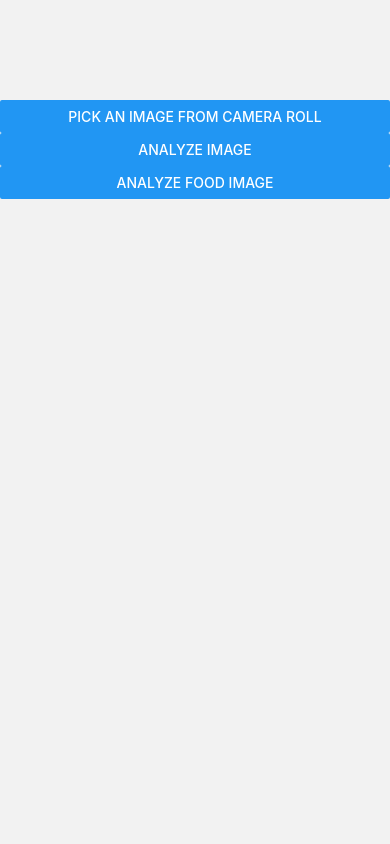
Repository: djdjdallas/taste-without-borders
Screen: /Home
An editor plug-in stored every save of this project. The screen is shown before and after the next save, followed by the edit.
The app was drawn by React Native's web renderer in a window 390 px wide. The project was rebuilt for these pictures with package versions that can differ from the ones it lists, and the page was loaded fresh each time.

Above is the screen before, as saved 2023-12-26 19:57:20.

### App.js
import React from "react";
import { NavigationContainer } from "@react-navigation/native";
import { createNativeStackNavigator } from "@react-navigation/native-stack";
import HomeScreen from "./HomeScreen"; // Make sure the path is correct
import StartScreen from "./StartScreen";

const Stack = createNativeStackNavigator();

const App = () => {
  return (
    <NavigationContainer>
      <Stack.Navigator>
        <Stack.Screen name="Start" component={StartScreen} />
        <Stack.Screen name="Home" component={HomeScreen} />
        {/* You can add more screens to your navigator here */}
      </Stack.Navigator>
    </NavigationContainer>
  );
};

export default App;

### HomeScreen.js
import React, { useLayoutEffect, useState } from "react";
import { StyleSheet, View, Button, Image, Alert, Text } from "react-native";
import * as ImagePicker from "expo-image-picker";
import { useNavigation } from "@react-navigation/native";

const HomeScreen = () => {
  const navigation = useNavigation();
  const [selectedImage, setSelectedImage] = useState(null);
  const [responseText, setResponseText] = useState("");

  const pickImage = async () => {
    const { status } = await ImagePicker.requestMediaLibraryPermissionsAsync();
    if (status !== "granted") {
      Alert.alert(
        "Permissions required",
        "Sorry, we need camera roll permissions to make this work!"
      );
      return;
    }

    let result = await ImagePicker.launchImageLibraryAsync({
      mediaTypes: ImagePicker.MediaTypeOptions.Images,
      allowsEditing: true,
      aspect: [4, 3],
      quality: 1,
      base64: true,
    });

    if (!result.canceled && result.assets && result.assets[0].base64) {
      setSelectedImage(result.assets[0].base64);
    }
  };

  const handleResponse = (responseText) => {
    const dishes = responseText.split("\n");
    const formattedResponse = dishes.join("\n\n");
    setResponseText(formattedResponse);
  };

  const analyzeImage = async () => {
    if (selectedImage) {
      const apiKey = "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"; // Replace with your actual API key
      const endpoint = "https://api.openai.com/v1/chat/completions"; // Replace with your actual API endpoint

      const payload = {
        model: "gpt-4-vision-preview", // Replace with your model name
        messages: [
          {
            role: "user",
            content: [
              {
                type: "text",
                text: "Analyze this image and translate it into English?",
              },
              {
                type: "image_url",
                image_url: {
                  url: `data:[embedded picture, 41 characters]
                },
              },
            ],
          },
        ],
        max_tokens: 300,
      };

      try {
        const response = await fetch(endpoint, {
          method: "POST",
          headers: {
            "Content-Type": "application/json",
            Authorization: `Bearer ${apiKey}`,
          },
          body: JSON.stringify(payload),
        });

        if (!response.ok) {
          throw new Error(`HTTP error! status: ${response.status}`);
        }

        const data = await response.json();
        if (data.choices && data.choices[0]) {
          handleResponse(data.choices[0].message.content);
        } else {
          setResponseText("Unexpected response structure");
        }
      } catch (error) {
        setResponseText(`Error: ${error.message}`);
      }
    } else {
      setResponseText("No image selected");
    }
  };

  const analyzeFoodImage = async () => {
    if (selectedImage) {
      const apiKey = "YOUR_API_KEY"; // Replace with your actual API key
      const endpoint = "YOUR_API_ENDPOINT"; // Replace with your actual API endpoint

      const payload = {
        model: "YOUR_MODEL_NAME", // Replace with your model name
        messages: [
          {
            role: "user",
            content: [
              {
                type: "text",
                text: "Analyze this food image and describe it with humor.",
              },
              {
                type: "image_url",
                image_url: {
                  url: `data:[embedded picture, 41 characters]
                },
              },
            ],
          },
        ],
        max_tokens: 300,
      };

      try {
        const response = await fetch(endpoint, {
          method: "POST",
          headers: {
            "Content-Type": "application/json",
            Authorization: `Bearer ${apiKey}`,
          },
          body: JSON.stringify(payload),
        });

        if (!response.ok) {
          throw new Error(`HTTP error! status: ${response.status}`);
        }

        const data = await response.json();
        if (data.choices && data.choices[0]) {
          handleResponse(data.choices[0].message.content);
        } else {
          setResponseText("Unexpected response structure");
        }
      } catch (error) {
        setResponseText(`Error: ${error.message}`);
      }
    } else {
      setResponseText("No image selected");
    }
  };
  useLayoutEffect(() => {
    navigation.setOptions({
      headerShown: false,
    });
  }, []);

  return (
    <View style={{ marginTop: 100 }}>
      <Button title="Pick an image from camera roll" onPress={pickImage} />
      {selectedImage && (
        <Image
          source={{ uri: `data:[embedded picture, 40 characters] }}
          style={styles.image}
        />
      )}
      <Button title="Analyze Image" onPress={analyzeImage} />
      <Button title="Analyze Food Image" onPress={analyzeFoodImage} />
      {responseText ? (
        <Text style={styles.responseText}>{responseText}</Text>
      ) : null}
    </View>
  );
};

// const styles = StyleSheet.create({
//   container: {
//     flex: 1,
//     padding: 20,
//     justifyContent: "center",
//     backgroundColor: "#F2F2F2",
//   },
//   textContainer: {
//     alignItems: "center",
//     marginBottom: 20,
//   },
//   titleText: {
//     fontSize: 22,
//     fontWeight: "bold",
//     textAlign: "center",
//   },
//   descriptionText: {
//     fontSize: 16,
//     textAlign: "center",
//     marginTop: 10,
//   },
//   lineStyle: {
//     height: 2,
//     backgroundColor: "black",
//     width: "100%",
//     marginTop: 10,
//   },
//   buttonContainer: {
//     flexDirection: "row",
//     justifyContent: "space-around",
//     alignItems: "center",
//   },
//   button: {
//     width: 164,
//     height: 208,
//     justifyContent: "center",
//     alignItems: "center",
//     backgroundColor: "#FFF",
//     elevation: 5, // This adds the drop shadow on Android
//     shadowColor: "#000", // These 3 lines add the shadow on iOS
//     shadowOffset: { width: 0, height: 2 },
//     shadowOpacity: 0.25,
//     shadowRadius: 3.84,
//     marginBottom: 20, // Adjust as needed for space from bottom
//   },
//   buttonText: {
//     fontSize: 18,
//     fontWeight: "bold",
//     textAlign: "center",
//   },
//   image: {
//     width: 200,
//     height: 200,
//     margin: 10,
//   },
//   responseText: {
//     marginTop: 20,
//     padding: 10,
//     borderWidth: 1,
//     borderColor: "#ddd",
//     borderRadius: 5,
//   },
// });

export default HomeScreen;

### StartScreen.js
import {
  View,
  Text,
  Image,
  TouchableOpacity,
  ImageBackground,
  StyleSheet,
} from "react-native";
import React, { useLayoutEffect } from "react";
import { useNavigation } from "@react-navigation/native";

const image = { uri: "https://i.ibb.co/RQYb1f7/i-Phone-11-Pro-Max-1.png" };
const hero = { uri: "https://i.ibb.co/zQtzrR4/hero-2.png" };

const StartScreen = () => {
  const navigation = useNavigation();

  useLayoutEffect(() => {
    navigation.setOptions({
      headerShown: false,
    });
  }, []);
  return (
    <View style={styles.container}>
      <ImageBackground source={hero} resizeMode="cover" style={styles.image}>
        <TouchableOpacity
          style={styles.button}
          onPress={() => {
            navigation.navigate("Home");
            /* Handle the press event */
          }}
        >
          <Text style={styles.text}>Get Started</Text>
        </TouchableOpacity>
      </ImageBackground>
    </View>
  );
};

const styles = StyleSheet.create({
  container: {
    flex: 1,
  },
  image: {
    flex: 1,
    justifyContent: "flex-end", // Aligns children to the bottom
    alignItems: "center", // Centers children horizontally
  },
  text: {
    color: "#FA4A0C", // Given text color
    fontSize: 16, // Adjusted for typical button text
    fontWeight: "bold",
  },
  button: {
    width: 314, // Width as per your requirement
    height: 70, // Height as per your requirement
    justifyContent: "center", // Center the text vertically
    alignItems: "center", // Center the text horizontally
    backgroundColor: "white", // Button background color
    marginBottom: 80, // Distance from the bottom
    borderRadius: 50, // Distance from the bottom
  },
});

export default StartScreen;

After the next save:
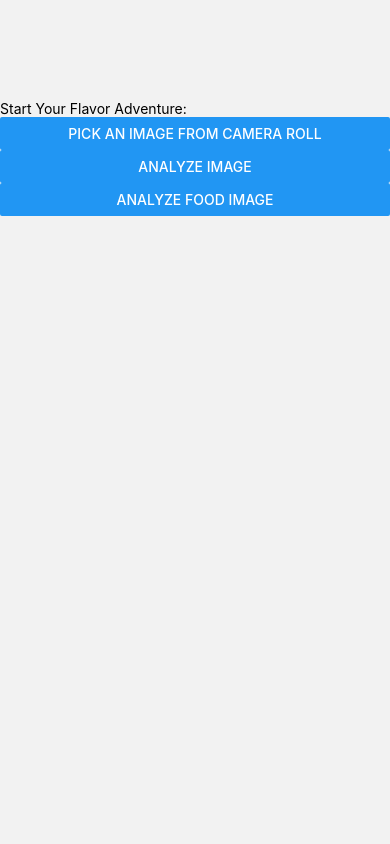
Saved 46 s later.
--- a/HomeScreen.js
+++ b/HomeScreen.js
@@ -154,6 +154,9 @@ const HomeScreen = () => {
 
   return (
     <View style={{ marginTop: 100 }}>
+      <View>
+        <Text>Start Your Flavor Adventure:</Text>
+      </View>
       <Button title="Pick an image from camera roll" onPress={pickImage} />
       {selectedImage && (
         <Image
